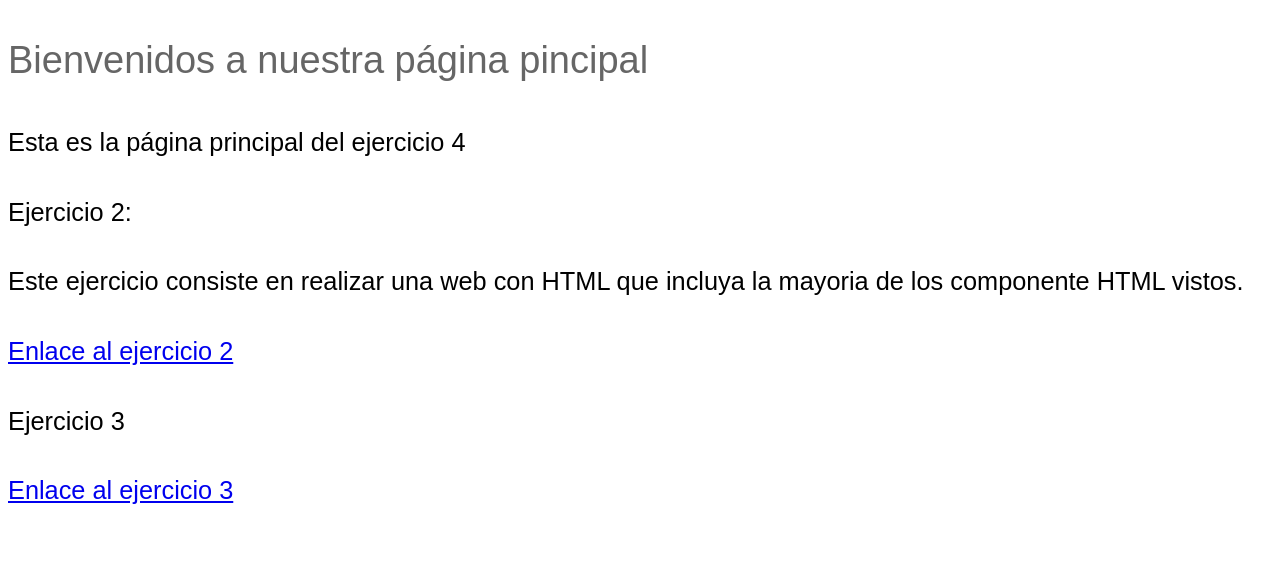
Repository: conmarred/Ejercicio4-Web
Page: Ejercicio4Web/src/main/webapp/index.html
The author's editor kept a copy of each file at every save. The page is drawn from the files as they stood at one save, then again after the next save.
The browser window is 1280 px wide. The pictures show the whole page.
Some web fonts or font styles are not loaded; a fallback is used.

Above is the page before, as saved 2022-03-09 12:22:04.

After the next save:
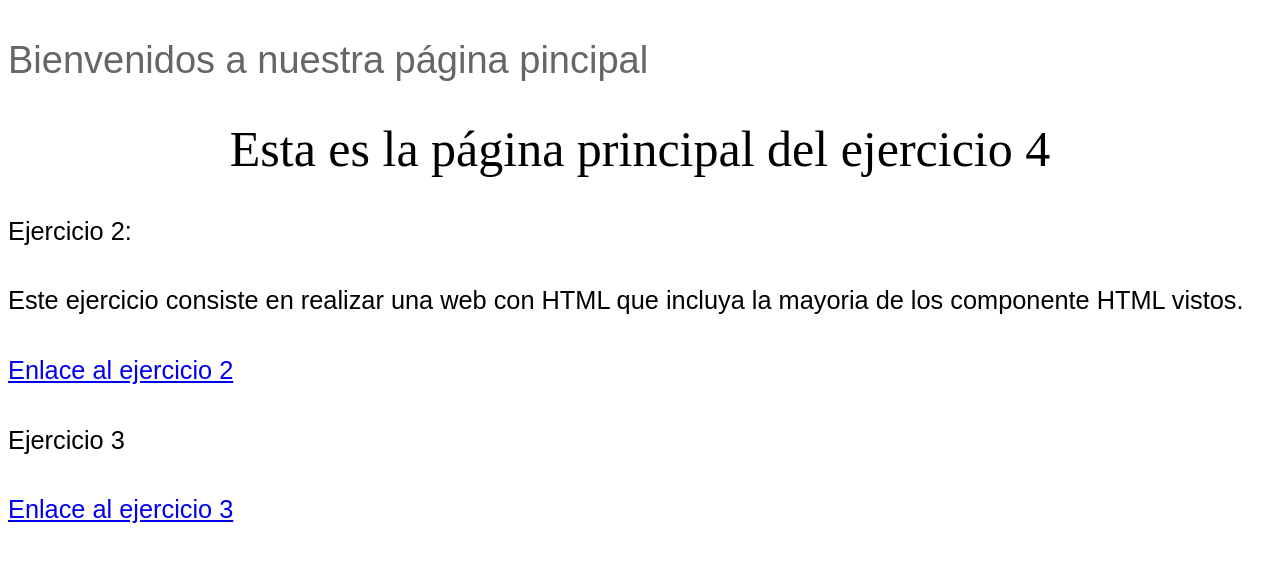
Saved 23 s later.
--- a/Ejercicio4Web/src/main/webapp/index.html
+++ b/Ejercicio4Web/src/main/webapp/index.html
@@ -11,7 +11,7 @@
 		<section id="top">
 			<div class="container">
 				<h1>Bienvenidos a nuestra página pincipal</h1>
-				<p style="titulo1">Esta es la página principal del ejercicio 4</p>
+				<p class="titulo1">Esta es la página principal del ejercicio 4</p>
 				<p>Ejercicio 2:</p>
 				<p>Este ejercicio consiste en realizar
 				una web con HTML que incluya la mayoria de los componente HTML vistos.</p>

After the save that followed:
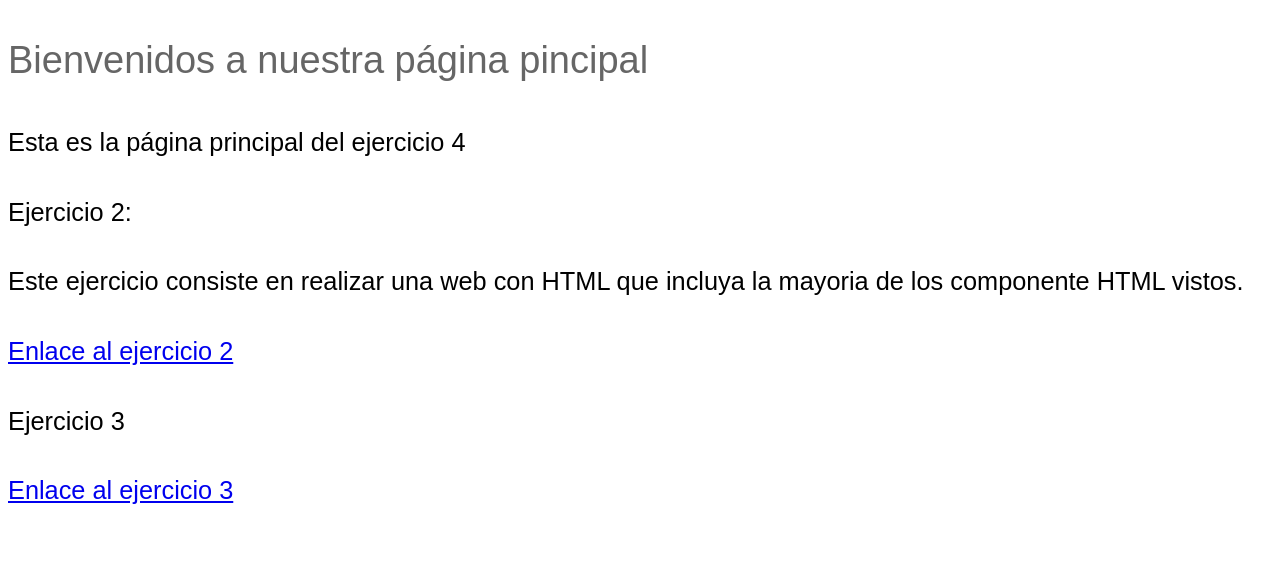
Saved 14 s later.
--- a/Ejercicio4Web/src/main/webapp/index.html
+++ b/Ejercicio4Web/src/main/webapp/index.html
@@ -11,7 +11,7 @@
 		<section id="top">
 			<div class="container">
 				<h1>Bienvenidos a nuestra página pincipal</h1>
-				<p class="titulo1">Esta es la página principal del ejercicio 4</p>
+				<p class="titulo2">Esta es la página principal del ejercicio 4</p>
 				<p>Ejercicio 2:</p>
 				<p>Este ejercicio consiste en realizar
 				una web con HTML que incluya la mayoria de los componente HTML vistos.</p>
